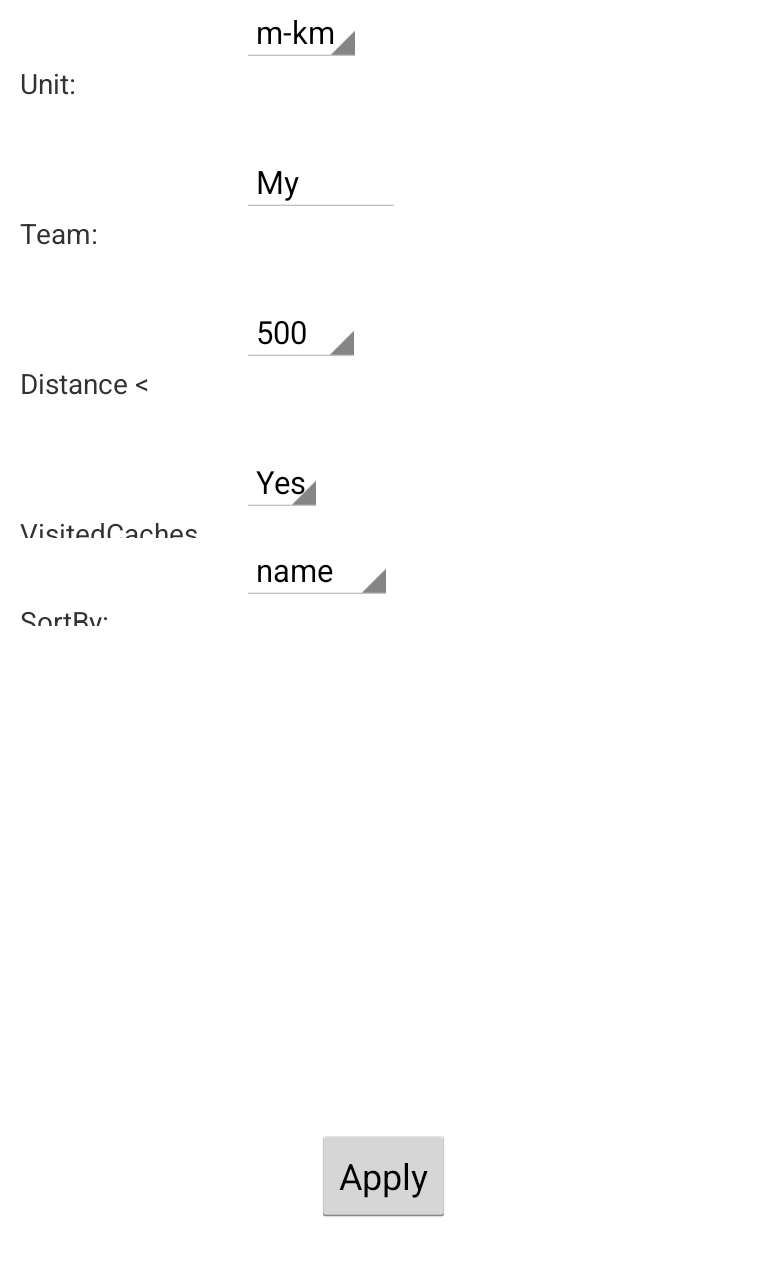
Repository: mpdehnel/seg
Layout: VectorOne/res/layout/activity_settings.xml
The author's editor kept a copy of each file at every save. The layout is drawn from the files as they stood at one save, then again after the next save.
It is drawn on a 768 x 1280 px phone screen (xhdpi) without system bars, with theme AppTheme; the app's code is not run.

Above is the layout before, as saved 2013-03-13 22:49:02.

After the next save:
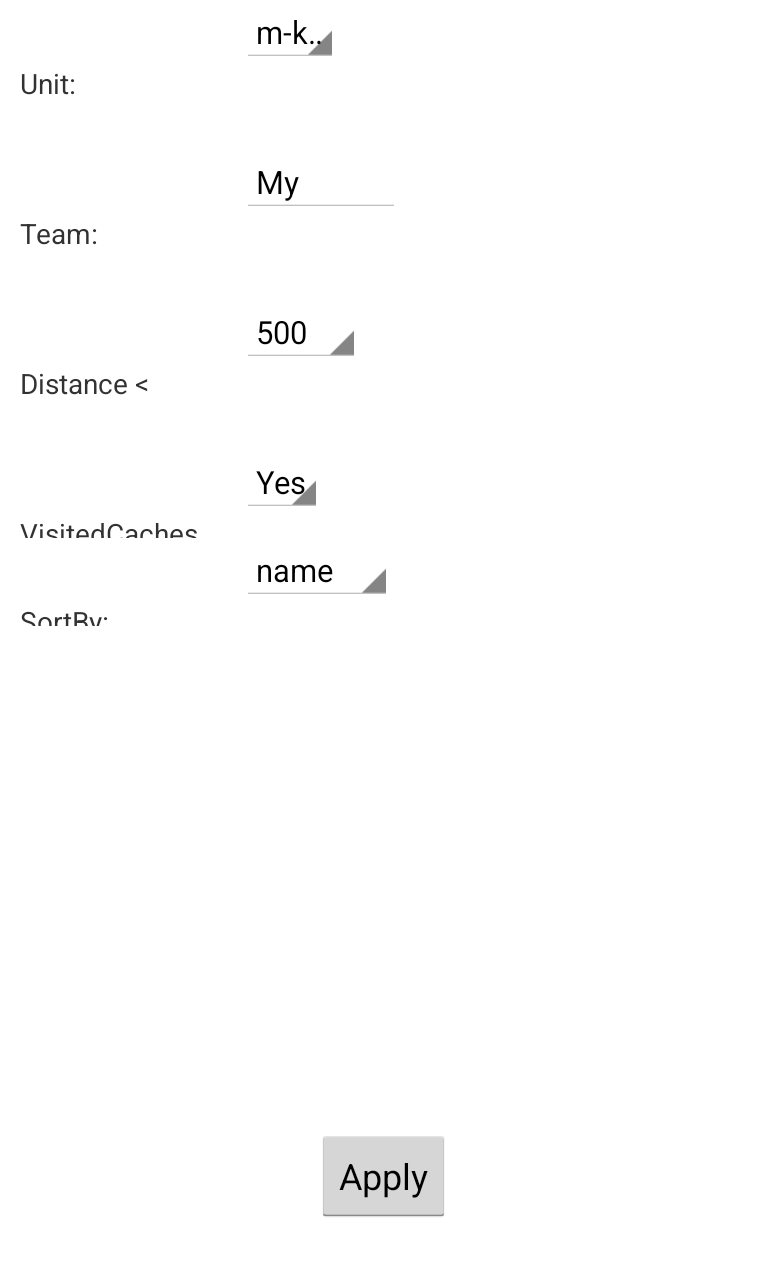
Saved 18 min 14 s later.
--- a/VectorOne/res/layout/activity_settings.xml
+++ b/VectorOne/res/layout/activity_settings.xml
@@ -24,7 +24,7 @@
 
             <Spinner
                 android:id="@+id/spinner_unit"
-                android:layout_width="wrap_content"
+				android:layout_width="50dp"
                 android:layout_height="wrap_content"
                 android:entries="@array/Unit" />
         </LinearLayout>

After the save that followed:
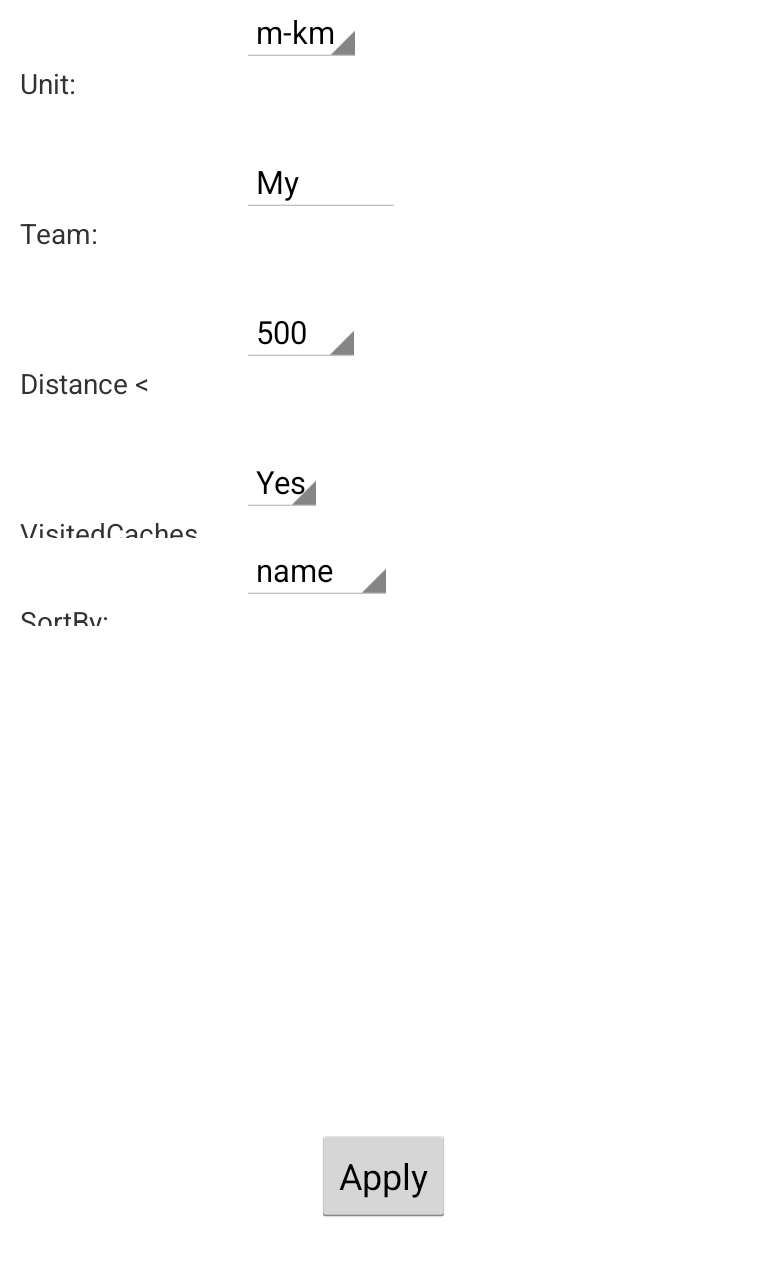
Saved 39 s later.
--- a/VectorOne/res/layout/activity_settings.xml
+++ b/VectorOne/res/layout/activity_settings.xml
@@ -24,7 +24,7 @@
 
             <Spinner
                 android:id="@+id/spinner_unit"
-				android:layout_width="50dp"
+                android:layout_width="wrap_content"
                 android:layout_height="wrap_content"
                 android:entries="@array/Unit" />
         </LinearLayout>
